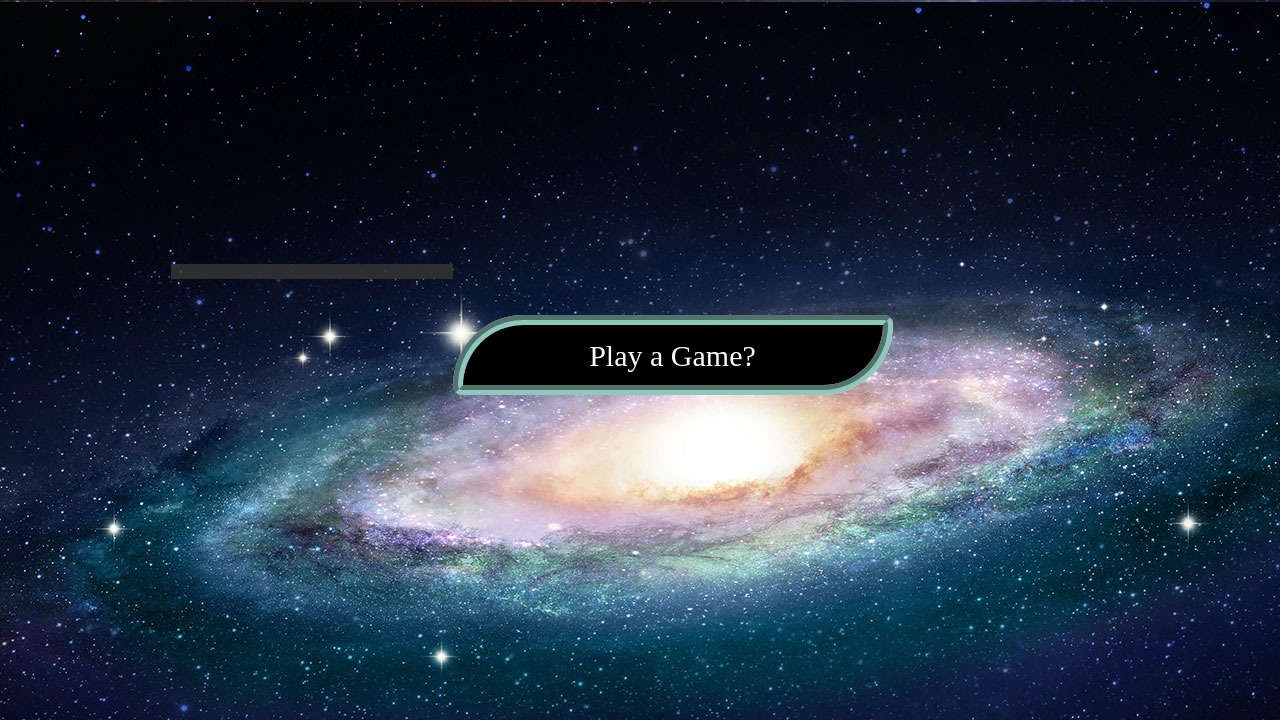
Repository: dsaftler/Trivia
Page: index.html
These files come from the project's save history. The page is drawn as it stood at one moment and after the next save; the edit follows.
The browser window is 1280 px wide. The pictures show the whole page.
Some web fonts or font styles are not loaded; a fallback is used.

Above is the page before, as saved 2019-04-13 19:24:45.

### index.html
<!DOCTYPE html>
<html lang="en">
<head>
  <meta charset="UTF-8">
  <meta name="viewport" content="width=device-width, initial-scale=1.0">
  <meta http-equiv="X-UA-Compatible" content="ie=edge">
   <link rel="stylesheet" href="assets/css/reset.css" type="text/css">
  <link rel="stylesheet" href="https://stackpath.bootstrapcdn.com/bootstrap/4.3.1/css/bootstrap.min.css"
    integrity="sha384-ggOyR0iXCbMQv3Xipma34MD+dH/1fQ784/j6cY/iJTQUOhcWr7x9JvoRxT2MZw1T" crossorigin="anonymous">
  <!-- <link href="https://fonts.googleapis.com/css?family=Cherry+Swash:700" rel="stylesheet"> -->
  <link href="https://fonts.googleapis.com/css?family=Baumans" rel="stylesheet">
  <link rel="stylesheet" href="assets/css/glowing.css">

  <!-- custom css -->
  <link rel="stylesheet" href="assets/css/style.css" type="text/css">

  <title>Trivia Game</title>
</head>
<body>
<div class="container">
  <div class="scoreElements glowing darkblue">
   <div id="showWinsCnt"><span id="wins"></span></div>
   <div id="showLoseCnt"><span id="wrongs"></span></div>
   <div id="showMissCnt"><span id="misses"></span></div>
  </div>
  <div class='playElements'>
    <div class="showTimer"><span id="timer"></span></div>
    <div class="showQuestion glowing darkblue"><span id="question"></span></div>
    <ul class="showAnswers glowing darkblue">
    <li class="answers glowing cyan" id="answer0"><a href="#"></a></li>
    <li class="answers glowing darkblue" id="answer1"><a href="#"></a></li>
    <li class="answers glowing indigo" id="answer2"><a href="#"></a></li>
    <li class="answers glowing purple" id="answer3"><a href="#"></a></li>
    </ul>
    <!-- <span class="tmyk clearfix"> -->
      <div class="extra glowing darkblue"></div>
      <img class="image glowing darkblue">
    <!-- </span> -->
  </div>
  <div class="bgButton">
  <button class="glowing cyan" id="newGame" onclick="initGame()">Play a Game?</button>
  </div>
  <!-- <button id="temp1" onclick="newQuestion()">Next Question?</button> -->
</div>

<!-- bootstrap scripts -->
<script src="https://code.jquery.com/jquery-3.3.1.slim.min.js"
  integrity="sha384-q8i/X+965DzO0rT7abK41JStQIAqVgRVzpbzo5smXKp4YfRvH+8abtTE1Pi6jizo" crossorigin="anonymous"></script>
<script src="https://cdnjs.cloudflare.com/ajax/libs/popper.js/1.14.7/umd/popper.min.js"
  integrity="sha384-UO2eT0CpHqdSJQ6hJty5KVphtPhzWj9WO1clHTMGa3JDZwrnQq4sF86dIHNDz0W1" crossorigin="anonymous"></script>
<script src="https://stackpath.bootstrapcdn.com/bootstrap/4.3.1/js/bootstrap.min.js"
  integrity="sha384-JjSmVgyd0p3pXB1rRibZUAYoIIy6OrQ6VrjIEaFf/nJGzIxFDsf4x0xIM+B07jRM" crossorigin="anonymous"></script>
<script src="assets/javascript/app.js"></script>


</body>
</html>

### assets/css/glowing.css
/*!
 * Glowing.css - a simple pure CSS to make PNG or anything glow!
 * https://github.com/topex-psy/Glowing.css
 *
 * Version: 1.0
 * Author: Taufik Nur Rahmanda (https://www.facebook.com/TopEx.Divine)
 * Github: https://github.com/topex-psy

 * Made available under a MIT License:
 * http://www.opensource.org/licenses/mit-license.php
 */

.glowing {
	-webkit-filter: drop-shadow(0 0 0 rgba(255,255,255,.8));
	-webkit-transition: all .2s linear;
	-moz-transition: all .2s linear;
	-o-transition: all .2s linear;
	transition: all .2s linear;
}
.glowing.red:hover { -webkit-filter: drop-shadow(0 0 8px rgba(255,153,153,1)); }
.glowing.orange:hover { -webkit-filter: drop-shadow(0 0 8px rgba(244,173,66,1)); }
.glowing.yellow:hover { -webkit-filter: drop-shadow(0 0 8px rgba(244,241,66,1)); }
.glowing.green:hover { -webkit-filter: drop-shadow(0 0 8px rgba(83,244,66,1)); }
.glowing.cyan:hover { -webkit-filter: drop-shadow(0 0 8px rgba(0,255,221,1)); }
.glowing.lightblue:hover { -webkit-filter: drop-shadow(0 0 8px rgba(0,231,255,1)); }
.glowing.blue:hover { -webkit-filter: drop-shadow(0 0 8px rgba(0,153,255,1)); }
.glowing.darkblue:hover { -webkit-filter: drop-shadow(0 0 8px rgba(0,63,255,1)); }
.glowing.indigo:hover { -webkit-filter: drop-shadow(0 0 8px rgba(167,66,244,1)); }
.glowing.purple:hover { -webkit-filter: drop-shadow(0 0 8px rgba(244,66,232,1)); }
.glowing.magenta:hover { -webkit-filter: drop-shadow(0 0 8px rgba(255,109,194,1)); }
.glowing.pink:hover { -webkit-filter: drop-shadow(0 0 8px rgba(255,137,184,1)); }

.and { }
.quickly { -webkit-transition:-webkit-transform .05s !important;-moz-transition:-moz-transform .05s !important;-o-transition:-o-transform .05s !important;transition:transform .05s !important; }
.rotating:hover { -ms-transform:matrix(1.1,0.2,-0.2,1.1,0,0);-webkit-transform:matrix(1.1,0.2,-0.2,1.1,0,0);transform:matrix(1.1,0.2,-0.2,1.1,0,0); }
.zooming:hover { -ms-transform: scale(1.1,1.1);-webkit-transform: scale(1.1,1.1);transform: scale(1.1,1.1); }

.disco:hover {
	-webkit-animation-duration: 2s;
	-webkit-animation-timing-function: ease-in-out;
	-webkit-animation-iteration-count: infinite;
	-webkit-animation-name: disco;
	animation-duration: 2s;
	animation-timing-function: ease-in-out;
	animation-iteration-count: infinite;
	animation-name: disco;
}
@-webkit-keyframes disco {
	0%    { -webkit-filter: drop-shadow(0 0 8px rgba(255,153,153,1)); }
	25%  { -webkit-filter: drop-shadow(0 0 8px rgba(244,241,66,1)); }
	50%  { -webkit-filter: drop-shadow(0 0 8px rgba(0,153,255,1)); }
	75%  { -webkit-filter: drop-shadow(0 0 8px rgba(244,66,232,1)); }
	100%    { -webkit-filter: drop-shadow(0 0 8px rgba(255,153,153,1)); }
}

### assets/css/style.css
html {
  height: 100%;
}
body {
  height: 100%;
  margin: 0;
  padding:0;
  background-color: black;

  margin: auto;
  align-content: center;
  font-family: 'Baumans', cursive;
  color:white;
  font-size: 24px;
  font-weight: bolder;
}
h3{
  color: #8fc7bc;
  color:
}
.container{
   height: 100%;
  margin: auto;
  background-image: url("../images/hubble.jpg");
  max-width: 1536px;
}
button{
  width:440px;
  height: 80px;
  margin: auto;
  margin-top: 15px;
  color:white;
  font-size: 30px;
  padding: 0px;
  background-color:black;
  border-color: #8fc7bc;
  border-style: groove;
  border-width: 10px;
  border-radius: 150px 20px;

}
.scoreElements{
align-content: center;
margin: auto;
width: 10%;
padding-top: 50px;
}
#wins{
  text-align:center;
}
.bgButton{
  align-content:center;
  margin:auto;
  width:30%;
}
.playElements{
  align-content: center;
  margin: auto;
  width: 75%;
  padding-top:70px;
}

ul li a {
  padding-left:20px;
  color: black;
  display: block;
  border-width: 3px;
  text-decoration: none;
  padding: 16px;
  width:50%
}

ul {
  list-style-type: circle;
}

li {
  display: block;
}

ul li a:hover {
  color: #7641f0;
  display: block;
  text-decoration: none;
}

li:hover {
  background-color:black;
}
.answers{
  padding-left: 5px;
}
.playElements {
  align-content: center;
  margin: auto;
  width: 75%;
  padding-top: 70px;
}
#Timer {
  font-size: 80px;
  font-weight: bolder;
}
.tmyk{
  padding-top:15px;
}
.extra{
  clear: both;
  float: left;
  width:30%;
  padding-right: 15px;
  padding-top: 15px;
  font-weight: lighter;
  background-color: rgba(0, 0, 0, 0.685);
}
img{
  padding-top: 15px;
  padding-left: 15px;
  clear: both;
  max-width: 65%;
  border:10px;
  border-color: #7641f0;

}

### assets/javascript/app.js
// Advanced game has a 30 second timer that counts down to 0 for each question !!!!!!!!!!!!  changed to 15 seconds
// If the timer is 0 OR  a wrong answer is chosen:
  // show the correct answer for 5 seconds
// display a new question
// restart the timer with no user interaction

// questions are contained in an array with question, array of answers, index of correct answer
// question shows in questionId
// "Correct"  or "Correct Answer" shows in answerId
// 4 possible answers show in 4 clickable buttons
// buttons have hover behavior
//  only one can be selected (by click)

// scores for Wins, Losses, and Unanswered are kept (correct, wrong, timer ==0)
// ask to play again in link
// click on play restarts the game without re-loading the page

var qArray =[];
var wins, wrongs, misses, seconds;
var correctAnswerId;
var timer;
var seconds;
var isNewGame = true;
var timerRunning=false;
var i;
var qArrayLength
var sayCorrect
var answerTime=10;
var displayInfoTime=300;
$(".answers").pointerEvents = "none";
$(document).ready(function () {
  //initGame();  // called by newGame button
  $(".answers").click(function() {
    stopTimer();
    $(".answers").css("pointer-events","none");
    //which answer did I click?
    var target = $(this).attr("id")
    for(let j = 0; j<4; j++) {
      jtarget = "answer" + j
      //console.log(jtarget)
      if (jtarget === target){
        if (j === correctAnswerId){
          showMe("win");
        } else {
          showMe("lose");
        }
      }
    }
  });
});


function initGame() {
  wins = 0;
  wrongs = 0;
  misses = 0;
  $(".scoreElements").hide();
  $(".playElements").hide();
  $(".answers.li").hide();
  // $("#showWinsCnt").hide();
  // $("#showLoseCnt").hide();
  // $("#showMissCnt").hide();
  $("#newGame").hide();
  loadQuestions();
  i = 0;
  newQuestion(i);
}

function newQuestion(i)
{
  console.log(i)
  if (i < qArrayLength){
    // show game pieces: question, answers
    $(".playElements").show();
    $("#timer").show();
    // $(".showQuestion").show();
    // $(".answers").show();
    $(".tmyk").hide();
    // $(".extra").hide();
    // $(".image").hide();
    // console.log(qArray[i]);
    q="Question "+(i+1)+":  "
    $("#question").text(q+(qArray[i].question));
    $("#answer0").text(qArray[i].ansArray[0]);
    //console.log(qArray[i].ansArray[0]);
    $("#answer1").text(qArray[i].ansArray[1]);
    $("#answer2").text(qArray[i].ansArray[2]);
    $("#answer3").text(qArray[i].ansArray[3]);
    correctAnswerId = qArray[i].correct;
    correctAnswer = qArray[i].ansArray[correctAnswerId]
    //console.log(qArray[i].ansArray[correctAnswerId]);
    info = qArray[i].extra;
    $(".answers").css("pointer-events", "auto");
    clearInterval(timer)
    seconds = answerTime;
    showTime();
    timer = setInterval(tick, 1000);
  } else {
    gameOver();
  }
}

function gameOver()
{
  $(".playElements").hide();
  // $("#timer").hide();
  // $(".showQuestion").hide();
  // $(".answers").hide();
  // $(".extra").hide();
  // $(".image").hide();
  $(".scoreElements").show();
  $("#showWinsCnt").text(wins + " Correct")
 // $("#showWinsCnt").show();

  $("#showLoseCnt").text( wrongs + " Wrong")
  //$("#showLoseCnt").show();

  $("#showMissCnt").text(  misses + " Time-Outs")
 // $("#showMissCnt").show();
  //$("#wins").text(wins);
  // $("#wrongs").text(wrongs);
  // $("#misses").text(misses);
  $("#newGame").text("Play Again?"); // calls initGame
  $("#newGame").show();
}


//  The decrement function.
function tick()
{
  seconds--;
  if (seconds < 0) {
    //  ...run the stop function.
    stopTimer()
    showMe("miss");
    return;
  }
  showTime();

}

function stopTimer()
{
  clearInterval(timer);
  $("#answers").pointerEvents="none";

}

//  Execute the run function.
function showTime()
{
 $("#timer").html("<h2>" + seconds + "</h2>");
 //console.log(seconds);
}
function showMe(result){
  switch (result){
    case "win":
      //alert("Correct");
      sayCorrect="Correct! "
      wins++;
      break;
    case "lose":
      //alert("Incorrect");
      sayCorrect = 'The correct answer was: '  + correctAnswer
      wrongs++
      break;
    case "miss":
      $("#timer").html("<h2>Timed-Out</h2>");
      sayCorrect= 'The answer was:  ' + correctAnswer
      misses++;
      break;
   }
  showExtra();
  setTimeout(displayPause, 1000 * displayInfoTime)

  }
function showExtra(){
  imgUrl = qArray[i].image
  $(".image").attr({"src":imgUrl, "alt": qArray[i].imageAlt});

  //console.log("<img src=" + qArray[i].image + ">");
  $(".extra").html("<h3>"+sayCorrect + "<br/></h3>") ;
  $(".extra").append(qArray[i].extra);
  $(".tmyk").show();
  //$(".extra").show();
  //$(".image").show();

}
function displayPause(){
  stopTimer();
  clearTimeout();
  i++;
  newQuestion(i)
}

function loadQuestions(){
qArray = [
    {
      question: "How many moons are in our Solar System?",
      correct: 3,
      ansArray: [25, 50, 97, 181],
      image: "assets/images/Moons_of_solar_system.jpg",
      imgAlt: "Moons of the solar system",
      extra: "These moons (also known as natural satellites) vary greatly in size and quantity per planet. For example, the largest moon is Jupiter’s Ganymede, and the smallest is Mar’s Deimos. Ganymede has a diameter of 3,273 miles, and Deimos has a diameter of 7 miles."

    },
    {
      question: "What percent of the universe is dark matter? (Plus or minus 2%.)",
      correct: 1,
      ansArray: ["15%", "27%", "50%", "80%"],
      image: "assets/images/darkmatter.png",
      imgAlt:"Dark matter web",
      extra: "The rest of the universe is around 68% dark energy, and less than 5% of the universe is made up of what we would consider ‘normal’ matter. This means that roughly 80% of the mass of the universe is made up of material we cannot see."
    },
    {
      question: "What is the most common type of star found in the Milky Way?",
      correct: 1,
      ansArray: ["Neutron stars", "Red dwarf stars", "Supernovae", "G-type"],
      image: "assets/images/Red-dwarf-infographic.jpg",
      imgAlt: "Types of Stars Infographic",
      extra: "Red dwarf stars make up an estimated ¾ of all stars found in the Milky Way. The surface temperature of red dwarf stars is less than 4,000 Kelvin, and they have a very low luminosity and therefore cannot be easily seen. In fact, from Earth not one red dwarf star can be seen with the naked eye. Since they develop very slowly and are constant for trillions of years, there are actually no advanced stars of this type in our galaxy because our galaxy is too young!"
    },
    {
      question: "What is the closest star to the Sun?",
      correct: 0,
      ansArray: ["Proxima Centauri", "Tau Ceti", "51 Pegasi", "Rigel"],
      image: "assets/images/proxima_centauri_main.jpg",
      imgAlt: "Proxima Centauri",
      extra: "Proxima Centauri is a red dwarf star located in Alpha Centauri system, which is in the Centaurus constellation. Alpha Centauri is actually a triple star system with Proxima Centauri being the closest to the sun. It is 4.24 light years away from the sun, and is not visible to the naked eye from Earth."
    },
    {
      question: "What has a gravitational pull so strong that even light cannot escape it?",
      correct: 2,
      ansArray: ["Quantum Gravity", "True Love", "Black Hole", "Worm Hole"],
      image: "assets/images/blackhole.jpg",
      imgAlt: "Black Hole",
      extra: "Black holes are one of the deadliest things in the universe. They are formed when a star with a mass more than three times that of our sun dies and collapses onto itself after an explosion called a supernova. Black holes can siphon the gas out of stars until they vanish. They can even break apart and swallow planets."
    },
    {
      question: "Which NASA space flight was the last manned mission to the moon?",
      correct: 3,
      ansArray: ["Gemini 12", "Skynet 1.0", "Apollo 13","Apollo 17"],
      image: "assets/images/moon-landing.jpg",
      imgAlt: "Moon Landing",
      extra: "Apollo 17 launched on December 7, 1972 as the first night launch done by NASA. It was also the final mission of NASA’s Apollo program. Apollo 17 was the last time humans traveled beyond low Earth orbit. The mission also boasted that at the time it had the longest moon landing, largest lunar samples, longest time in orbit, and the longest total moonwalks."
    },
    {
      question: "What is the longest continuous time a human has spent in space? (Plus or minus 20 days.)",
      correct: 2,
      ansArray: ["37 days", "189 days", "437 days", "682 days"],
      image: "assets/images/poljakov.jpg",
      imgAlt: "Portrait of Poljakov",
      extra: "This amounts to more than 14 months in space. This feat was accomplished by Valeri Polyakov, a Russian astronaut who stayed aboard the Mir space station from January 1994 to March 1995. When Polyakov retired he had over 678 cumulative days in space, and his combined space time was over 22 months."
    },
    {
      question: "How much time does sun rays take to reach earth?",
      correct: 2,
      ansArray: ["58 seconds", "3.5 minutes", "8 minutes", "14 minutes"],
      image: "assets/images/Earth_to_Sun.png",
      imgAlt: "Distance to the Sun",
      extra: "The speed of light in vacuum, commonly denoted c, is a universal physical constant important in many areas of physics. Its exact value is299,792,458 meters per second (approximately 300,000 km/s (186,000 mi/s))."
    },
    {
      question: "When will Halley’s Comet will be visible from Earth again?",
      correct: 2,
      ansArray: ["2024", "2039", "2061", "2101"],
      image: "assets/images/HalleysComet.jpg",
      imgAlt: "Haley's Comet",
      extra: "Halley's Comet is arguably the most famous comet. It is a ‘periodic’ comet and returns to Earth's vicinity about every 75 years, making it possible for a human to see it twice in his or her lifetime. The last time it was here was in 1986, and it is projected to return in 2061."
    },
    {
      question: "How long was the shortest space flight?",
      correct: 0,
      ansArray: ["15 minutes", "73 minutes", "4.5 hours", "3 days"],
      image: "assets/images/freedom7.jpg",
      imgAlt: "Freedom 7 launch",
      extra: "This occurred on May 5, 1961 when Alan Shepard achieved an altitude of 115 miles in NASA’s Freedom 7. He was also the first American in space. Shepard later went on to become the oldest person to walk on the surface of the moon. He achieved this in 1971 during the Apollo 14 mission. At the time, he was 47 years old."
    }
  ]
  qArrayLength=qArray.length;
  //console.log(qArray);
};

Loaded but not shown: assets/css/reset.css (no stored copy; drawn as an empty file)

After the next save:
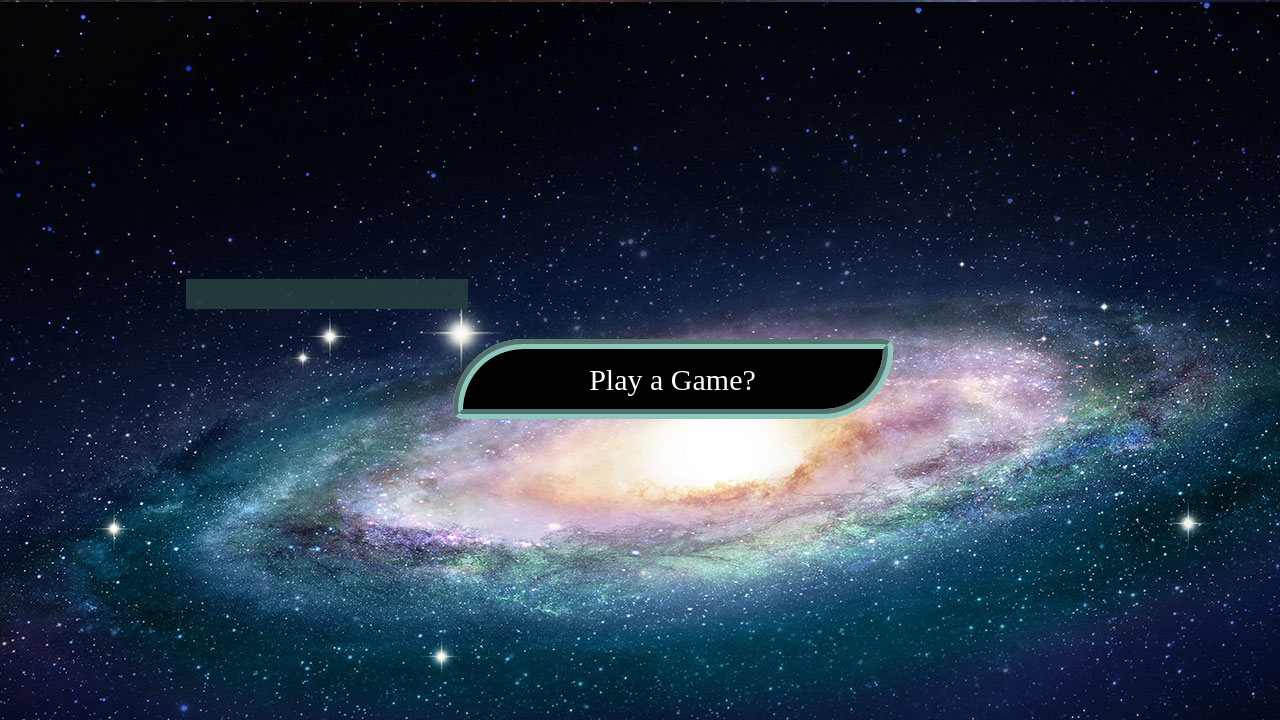
Saved 10 min 21 s later.
--- a/assets/css/style.css
+++ b/assets/css/style.css
@@ -107,10 +107,11 @@ li:hover {
   clear: both;
   float: left;
   width:30%;
-  padding-right: 15px;
-  padding-top: 15px;
+  padding: 15px;
+  margin: 15px;
+  /* padding-top: 15px; */
   font-weight: lighter;
-  background-color: rgba(0, 0, 0, 0.685);
+  background-color: rgba(1, 29, 31, 0.795);
 }
 img{
   padding-top: 15px;
